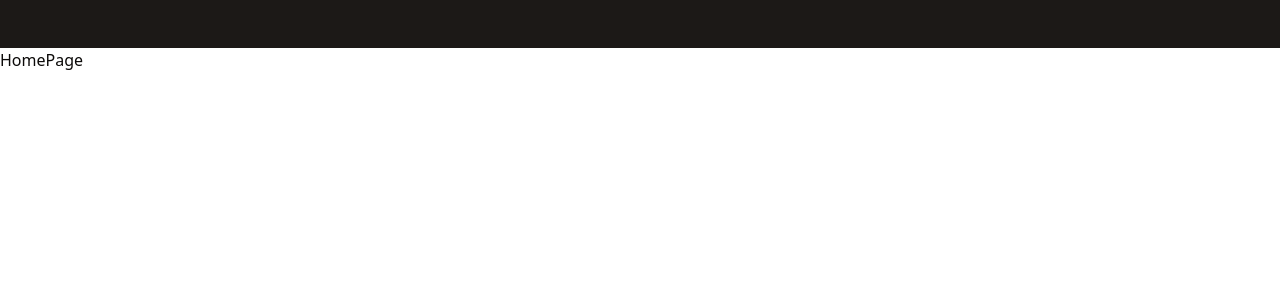
Repository: jefrydep/new-horizont-school
Page: /home
An editor plug-in stored every save of this project. The page is shown before and after the next save, followed by the edit.
The browser window is 1280 px wide. The pictures show the whole page.
The project was rebuilt for these pictures with package versions that can differ from the ones it lists, and the page was loaded fresh each time. The framework's server and built-in components were replaced by stand-ins that run in the browser. Also part of the build but not shown: next.config.ts.

Above is the page before, as saved 2024-11-07 16:05:35.

After the next save:
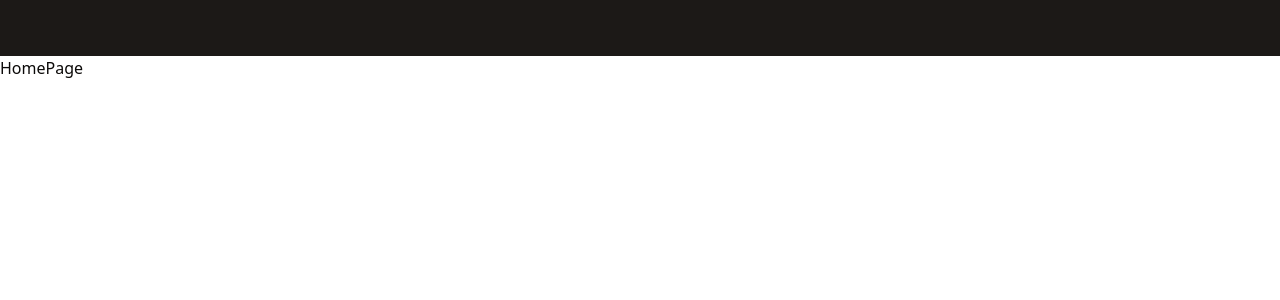
Saved 5 s later.
--- a/src/components/Navbar.tsx
+++ b/src/components/Navbar.tsx
@@ -1,6 +1,6 @@
 export default function Navbar() {
   return (
-    <header className="bg-primary h-12">
+    <header className="bg-primary h-14">
       <div></div>
     </header>
   );
